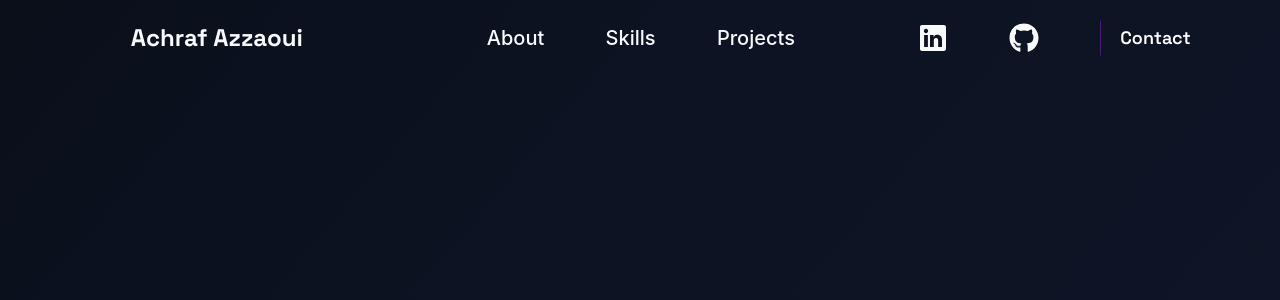
Repository: AchrafAzzaoui/Portfolio-Website
Page: / (app in achrafs-portfolio/)
The author's editor kept a copy of each file at every save. The page is drawn from the files as they stood at one save, then again after the next save.
The browser window is 1280 px wide. The pictures show the whole page.
Some web fonts or font styles are not loaded; a fallback is used. The project was rebuilt for these pictures with package versions that can differ from the ones it lists, and the page was loaded fresh each time. Also part of the build but not shown: achrafs-portfolio/vite.config.ts.

Above is the page before, as saved 2025-01-03 14:55:44.

After the next save:
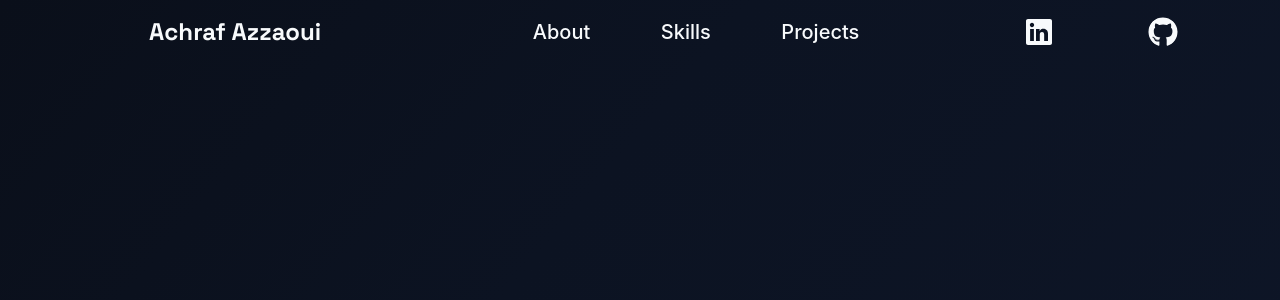
Saved 2 min 18 s later.
--- a/achrafs-portfolio/src/components/layout/Header.tsx
+++ b/achrafs-portfolio/src/components/layout/Header.tsx
@@ -45,7 +45,7 @@
           <a href="https://github.com/AchrafAzzaoui">
             <FaGithub className="text-3xl rounded-full text-dark-text-primary" />
           </a>
-          <button
+          {/* <button
             className="
     relative inline-block px-5 py-2 font-semibold font-display
     rounded-md border-2 border-purple-500 bg-transparent text-white
@@ -59,7 +59,7 @@
   "
           >
             <span className="relative z-10 text-lg">Contact</span>
-          </button>
+          </button> */}
         </div>
       </nav>
     </header>

After the save that followed:
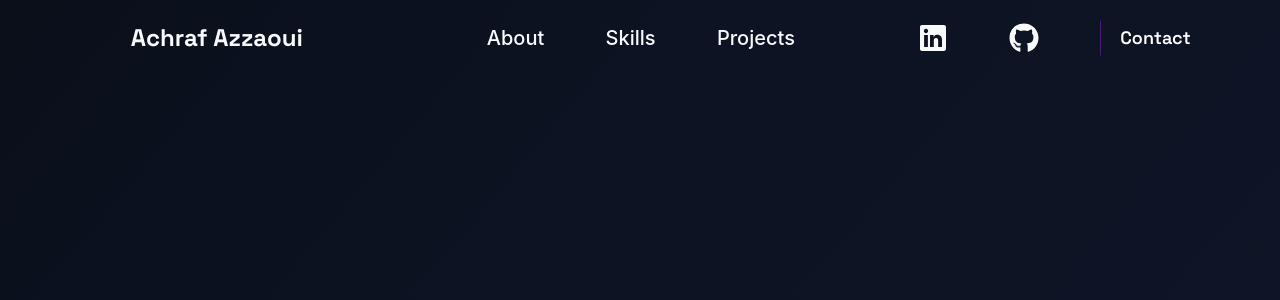
Saved 10 s later.
--- a/achrafs-portfolio/src/components/layout/Header.tsx
+++ b/achrafs-portfolio/src/components/layout/Header.tsx
@@ -45,7 +45,7 @@
           <a href="https://github.com/AchrafAzzaoui">
             <FaGithub className="text-3xl rounded-full text-dark-text-primary" />
           </a>
-          {/* <button
+          <button
             className="
     relative inline-block px-5 py-2 font-semibold font-display
     rounded-md border-2 border-purple-500 bg-transparent text-white
@@ -59,7 +59,7 @@
   "
           >
             <span className="relative z-10 text-lg">Contact</span>
-          </button> */}
+          </button>
         </div>
       </nav>
     </header>
